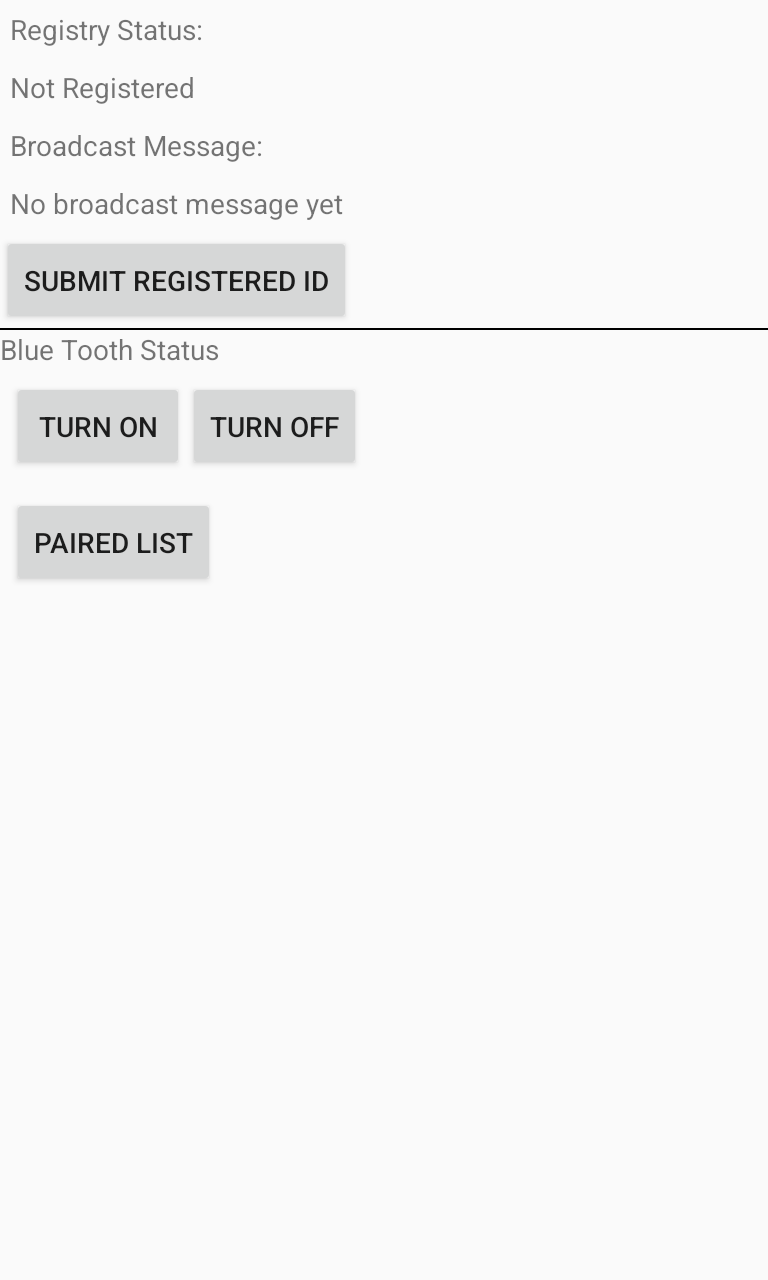
Repository: AlanTai/prjAppIntegration
Layout: prjCandyHouse/res/layout/activity_main.xml
These files come from the project's save history. The layout is drawn as it stood at one moment and after the next save; the edit follows.
It is drawn on a 768 x 1280 px phone screen (xhdpi) without system bars, with theme AppTheme; the app's code is not run.

Above is the layout before, as saved 2014-11-09 17:40:51.

### prjCandyHouse/res/layout/activity_main.xml
<LinearLayout
    xmlns:android="http://schemas.android.com/apk/res/android"
    xmlns:tools="http://schemas.android.com/tools"
    android:layout_width="match_parent"
    android:layout_height="match_parent"
    android:orientation="vertical">

    <TextView
        android:id="@+id/tvRegStatus"
        android:layout_width="match_parent"
        android:layout_height="wrap_content"
        android:padding="5dp"
        android:text="@string/registryStatus" />

    <TextView
        android:id="@+id/tvRegStatusResult"
        android:layout_width="match_parent"
        android:layout_height="wrap_content"
        android:padding="5dp"
        android:text="@string/registryStatusResult"/>

    <TextView
        android:id="@+id/tvMessageLabel"
        android:layout_width="match_parent"
        android:layout_height="wrap_content"
        android:padding="5dp"
        android:text="@string/broadcastLabel"/>

    <TextView
        android:id="@+id/tvMessage"
        android:layout_width="match_parent"
        android:layout_height="wrap_content"
        android:padding="5dp"
        android:text="@string/broadcastResult"/>

    <Button
        android:id="@+id/btnSubmitRegId"
        android:layout_width="wrap_content"
        android:layout_height="wrap_content"
        android:text="@string/btnSubmitRegId"/>

    <TextView
        android:layout_height="1dp"
        android:layout_width="match_parent"
        android:background="#000"
        android:padding="2dp"/>

    <TextView
        android:id="@+id/txtBluetoothStatus"
        android:layout_height="wrap_content"
        android:layout_width="wrap_content"
        android:text="@string/txtBluetoothStatus"/>

    <LinearLayout
        android:layout_width="match_parent"
        android:layout_height="wrap_content"
        android:orientation="horizontal"
        android:padding="5dp">

        <Button
            android:id="@+id/btnTurnOn"
            android:layout_width="wrap_content"
            android:layout_height="wrap_content"
            android:text="@string/btnTurnOn"/>

        <Button
            android:id="@+id/btnTurnOff"
            android:layout_width="wrap_content"
            android:layout_height="wrap_content"
            android:text="@string/btnTurnOff"/>

    </LinearLayout>

    <LinearLayout
        android:layout_width="match_parent"
        android:layout_height="wrap_content"
        android:orientation="vertical"
        android:padding="5dp">

        <Button
            android:id="@+id/btnPaired"
            android:layout_width="wrap_content"
            android:layout_height="wrap_content"
            android:text="@string/pairedList"/>

        <Button
            android:id="@+id/btnSearchCancel"/>

    </LinearLayout>

</LinearLayout>

### prjCandyHouse/res/values/strings.xml
<?xml version="1.0" encoding="utf-8"?>
<resources>

    <string name="app_name">appCandyHouse</string>
    <string name="hello_world">Hello world!</string>
    <string name="action_settings">Settings</string>

    <string name="registryStatus">Registry Status:</string>
    <string name="registryStatusResult">Not Registered</string>
    <string name="broadcastLabel">Broadcast Message:</string>
    <string name="broadcastResult">No broadcast message yet</string>
    <string name="btnSubmitRegId">Submit Registered ID</string>

    <string name="txtBluetoothStatus">Blue Tooth Status</string>
    <string name="btnTurnOn">Turn On</string>
    <string name="btnTurnOff">Turn Off</string>
    <string name="pairedList">Paired List</string>
    <string name="findDevices">Search/Cancel</string>

</resources>

Loaded but not shown: prjCandyHouse/res/values/styles.xml (common file); prjCandyHouse/res/values-v11/styles.xml (common file); prjCandyHouse/res/values-v14/styles.xml (common file)

After the next save:
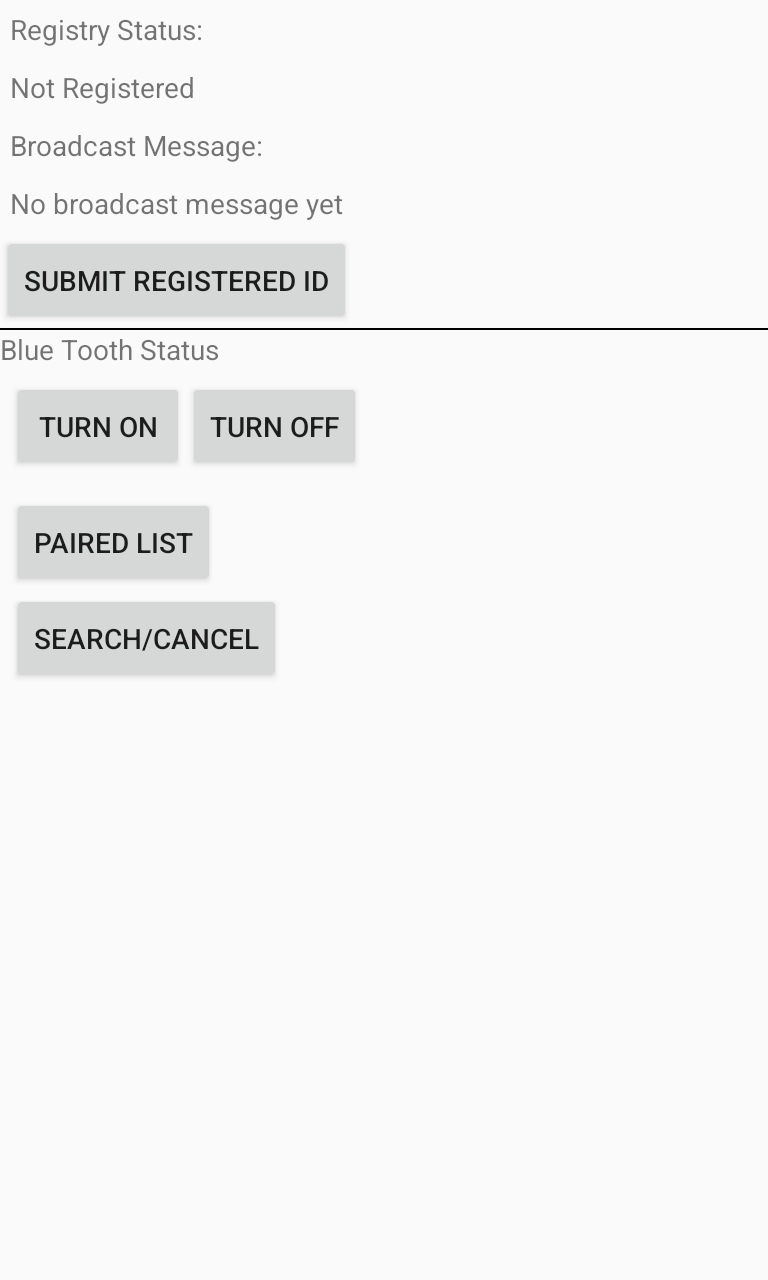
Saved 2 s later.
--- a/prjCandyHouse/res/layout/activity_main.xml
+++ b/prjCandyHouse/res/layout/activity_main.xml
@@ -84,7 +84,10 @@
             android:text="@string/pairedList"/>
 
         <Button
-            android:id="@+id/btnSearchCancel"/>
+            android:id="@+id/btnSearchCancel"
+            android:layout_width="wrap_content"
+            android:layout_height="wrap_content"
+            android:text="@string/findDevices"/>
 
     </LinearLayout>
 
